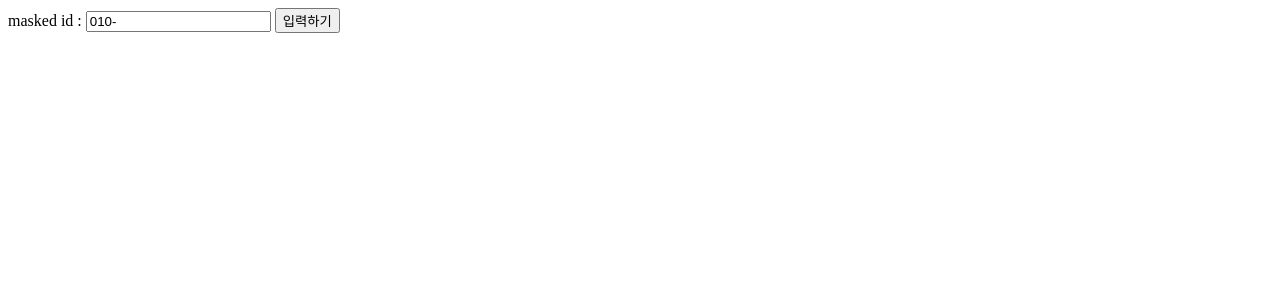
Repository: leebo-ram/tripleacoffee
Page: test.html
An editor plug-in stored every save of this project. The page is shown before and after the next save, followed by the edit.
The browser window is 1280 px wide. The pictures show the whole page.

Above is the page before, as saved 2023-01-07 18:48:13.

After the next save:
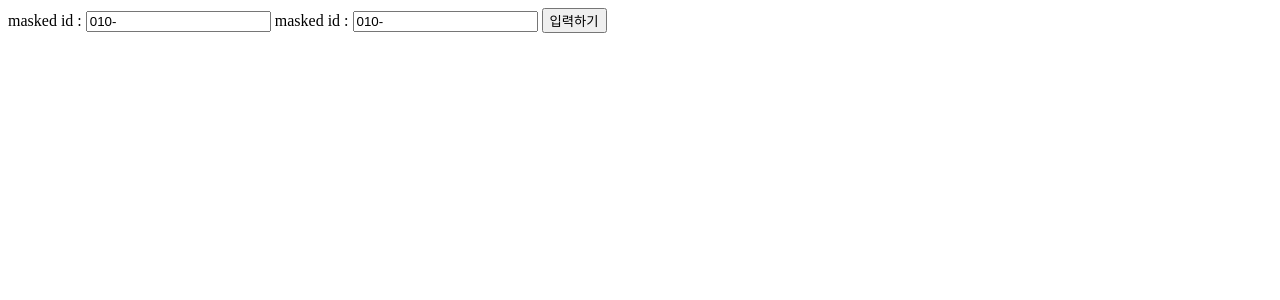
Saved 21 s later.
--- a/test.html
+++ b/test.html
@@ -30,7 +30,11 @@
 }
 
 </script>
+masked id : <input type="text" name="mobileNumber" id="mobileNumber" value="010-"
+  onfocus="this.value=document.form1.id.value; return true;"
+  onblur="make_mask_id(this.value); return true;">
 
+  <input type="hidden" name="id" id="phoneNum">
 <body>
   masked id : <input type="text" name="mobileNumber" id="mobileNumber" value="010-"
   onfocus="this.value=document.form1.id.value; return true;"
